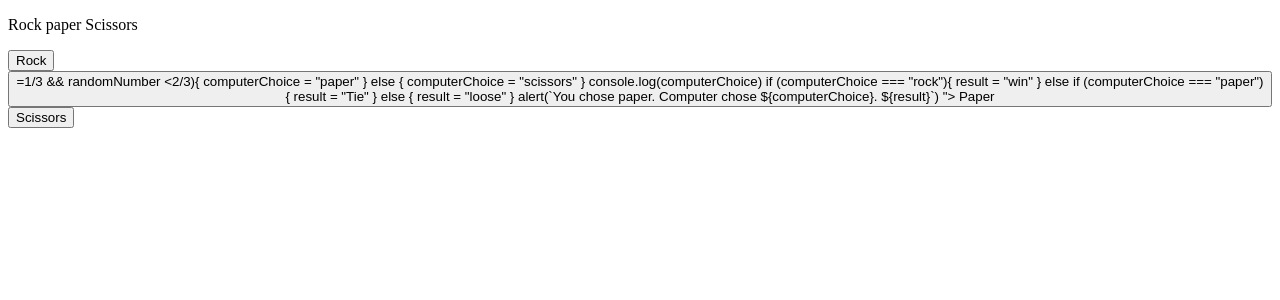
Repository: Samkiroko/Javascript-course
Page: 06-boolens.html
An editor plug-in stored every save of this project. The page is shown before and after the next save, followed by the edit.
The browser window is 1280 px wide. The pictures show the whole page.

Above is the page before, as saved 2023-08-23 11:30:55.
Console error (its wording comes from the project's code and is left out).

After the next save:
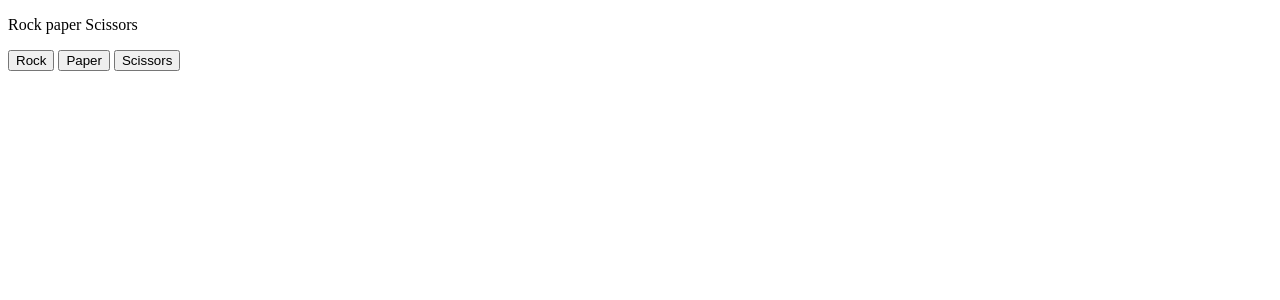
The error is gone.
Saved 44 s later.
--- a/06-boolens.html
+++ b/06-boolens.html
@@ -37,9 +37,9 @@
       Rock
     </button>
     <button
-      onclick ="
-      const randomNumber = Math.random();
-      let computerChoice = '';
+      onclick='
+        const randomNumber = Math.random()
+        let computerChoice = ""
 
     if (randomNumber >=0 &&  randomNumber <1/3){
        computerChoice = "rock"
@@ -64,7 +64,8 @@
     alert(`You chose paper. Computer chose ${computerChoice}. ${result}`)
 
 
-    ">
+    '
+    >
       Paper
     </button>
     <button>Scissors</button>
